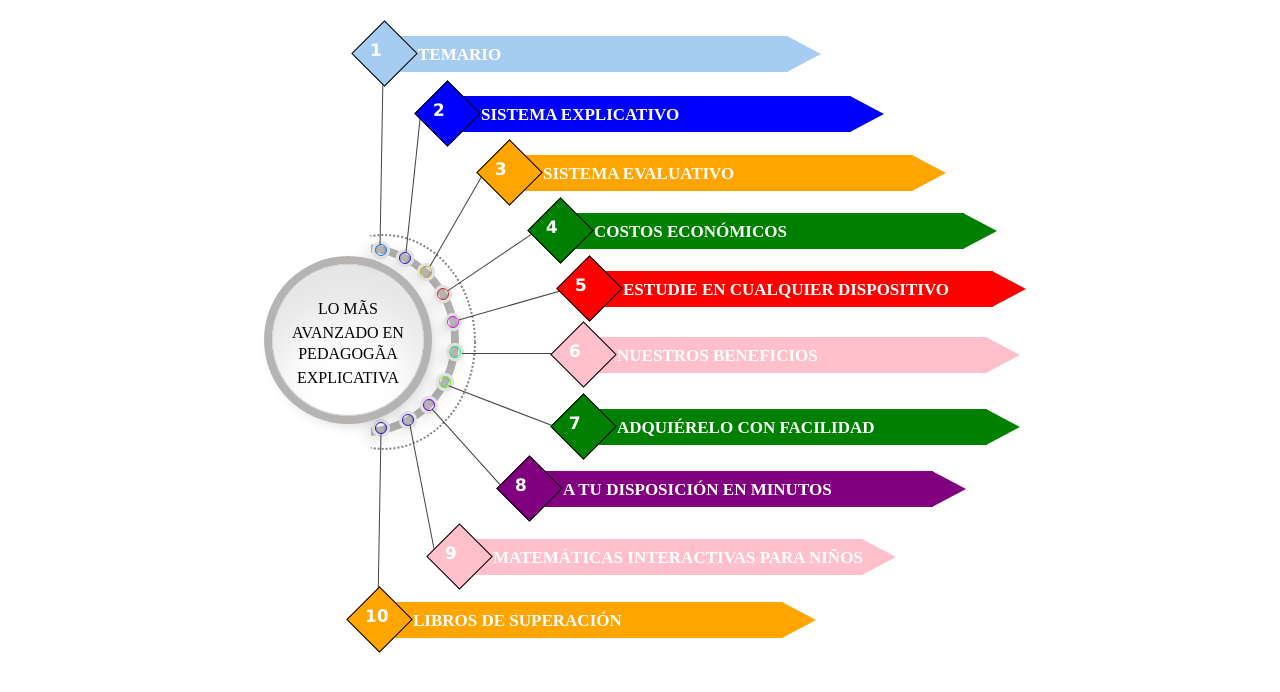
Repository: jennymoreno94/Menu
Page: index.html
These files come from the project's save history. The page is drawn as it stood at one moment and after the next save; the edit follows.
The browser window is 1280 px wide. The pictures show the whole page.

Above is the page before, as saved 2021-08-01 22:35:35.

### index.html
<!DOCTYPE html>
<html lang=”en”>

<head>
  <link rel="stylesheet" href="estilo.css">
  <meta charset=”UTF-8″ />
  <title>Menu</title>
</head>
<body>
  <container>
    <div class="circulo-completo">
      <div class="circle-menu">
        <p>LO MÁS AVANZADO EN PEDAGOGÍA EXPLICATIVA</p>
      </div>
      <div id="circulo" class="circle-menus derecha"></div>
    </div>
    <div class="circle-punto derecha"> </div>
  </container>
</body>
<script type="text/javascript" src="menu.js"></script>

</html>

### estilo.css


.circulo-completo {
    margin: 250px;
}

.circle-menu {
    position: relative;
    width: 150px;
    height: 150px;
    border: 1px solid rgb(211, 208, 208);
    border-radius: 50%;
    box-shadow: inset 0 3em 3em rgba(0, 0, 0, 0.1), 0 0 0 0.5rem rgb(182, 179, 179), 0.3em 0.3em 1em rgba(0, 0, 0, 0.3);
    float: left;
    z-index: 7;
    margin: 14px;
}

p {
    padding: 1rem;
    text-align: center;
}

.circle-menus {
    position: relative;
    background-color: gray;
    width: 180px;
    height: 180px;
    border-radius: 50% 50%;
    margin-left: -165px;
    float: left;
    z-index: 6;
}

.circle-menus::before {
    position: absolute;
    content: "";
    top: 1%;
    left: 1%;
    background-color: #fff;
    height: 98%;
    width: 98%;
    border-radius: 50% 50%;
    box-shadow: inset 0 3em 3em rgb(255, 255, 255), 0 0 0 0.5rem rgb(182, 179, 179), 0.3em 0.3em 1em rgb(255, 255, 255);
}

.circle-menus::after {
    position: absolute;
    content: "";
    height: 50%;
    background-color: rgb(255, 255, 255);
    border: 1px solid #fff;
    top: 50%;
    left: 0;
    width: 100%;
    box-shadow: inset 0 3em 3em rgb(255, 255, 255), 0 0 0 0.5rem rgb(255, 255, 255), 0.3em 0.3em 1em rgb(255, 255, 255);
}

.circle-menus.derecha {
    transform: rotate(90deg);
}

.circulo-pequeno {
    position: relative;
    width: 10px;
    height: 10px;
    border-radius: 50%;
    box-shadow: inset 0 0.1rem 0.1rem rgba(0, 0, 0, 0.1), 0 0 0 0.2rem rgb(229, 224, 224), 0.3em 0.3em 1em rgba(0, 0, 0, 0.3);
    float: left;
    z-index: 5;
}

.num1 {
    border: 1px solid rgb(10 124 241);
    margin: 66px 0px 48px -6px;
}

.num::after {
    height: 1px;
    background-color: red;
}

.num2 {
    border: 1px solid rgb(32 20 212);
    margin: 42px 0px 0px -4px;
}

.num3 {
    border: 1px solid rgb(190 169 26);
    margin: 21px 0px 0px 2px;
}

.num4 {
    border: 1px solid rgb(200 41 41);
    margin: 4px 0px 0px 10px;
}

.num5 {
    border: 1px solid rgb(222 19 235);
    margin: -6px 0px 0px 16px;
}

.num6 {
    border: 1px solid rgb(18 235 115);
    margin: -8px 0px 0px 18px;
}

.num7 {
    border: 1px solid rgb(89 249 20);
    margin: 2px 0px 0px 18px;
}

.num8 {
    border: 1px solid rgb(100 3 225);
    margin: 18px 0px 0px 11px;
}

.num9 {
    border: 1px solid rgb(32 20 212);
    margin: 39px -1px 0px 3px;
}

.num10 {
    border: 1px solid rgb(32 20 212);
    margin: 66px -14px 0px -3px;
}

.circle-punto {
    position: relative;
    width: 212px;
    height: 180px;
    border-radius: 50% 50%;
    margin-left: -177px;
    border: 2px dotted gray;
    float: left;
    z-index: 4;
}

.circle-punto::before {
    position: absolute;
    content: "";
    top: 1%;
    left: 1%;
    background-color: #fff;
    height: 98%;
    width: 98%;
    border-radius: 50% 50%;
}

.circle-punto::after {
    position: absolute;
    content: "";
    height: 50%;
    background-color: rgb(255, 255, 255);
    border: 1px dotted #fff;
    top: 57%;
    left: 0;
    width: 100%;
}

.circle-punto.derecha {
    transform: rotate(90deg);
}

.boton-agrupado {
    position: relative;
    float: left;
    z-index: 3;
}

.button-href {
    position: relative;
    width: 400px;
    height: 36px;
    background: white;
    display: inline-block;
    color: black;
    text-decoration: none;
    z-index: 1;

}

.flecha {
    position: absolute;
    content: "";
    border-left: 34px solid white;
    border-top: 18px solid transparent;
    border-bottom: 18px solid transparent;
    margin-left: -1px;
}

.texto {
    margin-left: 30px;
    margin-top: 9px;
    font-size: 17px;
    color: white;

}

.btn1 {
    transform: translateY(-268px) translateX(-391px) rotate(630deg);
}

.btn2 {
    transform: translateY(-307px) translateX(-339px) rotate(630deg);
}

.btn3 {
    transform: translateY(-348px) translateX(-294px) rotate(630deg);
}

.btn4 {
    transform: translateY(-382px) translateX(-258px) rotate(630deg);
}

.btn5 {
    transform: translateY(-401px) translateX(-228px) rotate(630deg);
}

.btn6 {
    transform: translateY(-393px) translateX(-192px) rotate(630deg);
}

.btn7 {
    transform: translateY(-403px) translateX(-150px) rotate(630deg);
}

.btn8 {
    transform: translateY(-365px) translateX(-111px) rotate(630deg);
}

.btn9 {
    transform: translateY(-316px) translateX(-58px) rotate(630deg);
}

.btn10 {
    transform: translateY(-263px) translateX(-3px) rotate(630deg);
}

.linea {
    position: relative;
    width: 112px;
    height: 47px;
    border-bottom: 1px solid rgb(68, 66, 66);
    float: left;
    z-index: 2;
}

.linea1 {
    transform: translateY(4px) translateX(-168px) rotate(181deg);
    width: 168px;
}

.linea2 {
    transform: translateY(-4px) translateX(-143px) rotate(186deg);
    width: 140px;
}

.linea3 {
    transform: translateY(-30px) translateX(-115px) rotate(210deg);
    width: 110px;
}

.linea4 {
    transform: translateY(-57px) translateX(-105px) rotate(236deg);
}

.linea5 {
    transform: translateY(-72px) translateX(-91px) rotate(254deg);
}

.linea6 {
    transform: translateY(-76px) translateX(-67px) rotate(270deg);
    width: 100px;
}

.linea7 {
    transform: translateY(-86px) translateX(-51px) rotate(291deg);
    width: 118px;
}

.linea8 {
    transform: translateY(-77px) translateX(-21px) rotate(318deg);
}

.linea9 {
    transform: translateY(-11px) translateX(12px) rotate(169deg);
    width: 140px;
}

.linea10 {
    transform: translateY(-41px) translateX(11px) rotate(361deg);
    width: 168px;
}

.text {
    border-radius: 4px;
    font-family: Verdana;
    color: white;
    position: relative;
    overflow: hidden;
    padding: 4px;
    top: 37%;
    transform: translateY(-111%) rotate( 314deg);
    font-size: 17px;
    text-transform: uppercase;
}

.rombo {
    position: absolute;
    content: "";
    width: 45px;
    height: 45px;
    background: white;
    -webkit-transform: rotate(45deg);
    -moz-transform: rotate(45deg);
    -ms-transform: rotate(45deg);
    -o-transform: rotate(45deg);
    transform: rotate(45deg);
    border: 1px solid;
    margin-left: -27px;
    margin-top: -6px;
    z-index: 2;
}

### menu.js
let circulo = document.getElementById("circulo");

function Menu() {
    for (i = 0; i < 10 ; i++ ) {
        let circuloPequeno = document.createElement("div")
        circuloPequeno.classList.add("circulo-pequeno")
        circuloPequeno.classList.add(`num${i+1}`)

        let linea = document.createElement("div")
        linea.classList.add("linea")
        linea.classList.add(`linea${i+1}`)

        let boton = document.createElement("div")
        boton.classList.add("boton-agrupado")
        boton.classList.add(`btn${i+1}`)

        let color=cambiocolor(i+1)

        let spanRombo =document.createElement("span")
        spanRombo.classList.add("rombo")
        spanRombo.classList.add(`span${i+1}`)
        spanRombo.style.setProperty(`background`, color);

        let h3Rombo =document.createElement("h3")
        h3Rombo.classList.add("text")

        let link =document.createElement("a")
        link.classList.add("button-href")
        link.classList.add(`color${i+1}`)
        link.style.setProperty(`background`, color);

        let span =document.createElement("span")
        span.classList.add("flecha")
        span.classList.add(`span${i+1}`)
        span.style.setProperty(`border-left`,`34px solid ${color}`);

        let h3 =document.createElement("h3")
        h3.classList.add("texto")
        let textoFinal = texto(i+1)

        circulo.appendChild(circuloPequeno)
        circuloPequeno.appendChild(linea)
        circuloPequeno.appendChild(boton)
        boton.appendChild(spanRombo)
        boton.appendChild(link)
        boton.appendChild(span)
        link.appendChild(h3)
        spanRombo.appendChild(h3Rombo)
        h3.append(textoFinal);
        h3Rombo.append(i+1);
    }
}


function texto(num) {
    let texto = ''
    switch (num) {
        case 1: texto='TEMARIO'
        break;
        case 2: texto='SISTEMA EXPLICATIVO'
        break;
        case 3: texto='SISTEMA EVALUATIVO'
        break;
        case 4: texto='COSTOS ECONÓMICOS'
        break;
        case 5: texto='ESTUDIE EN CUALQUIER DISPOSITIVO'
        break;
        case 6: texto='NUESTROS BENEFICIOS'
        break;
        case 7: texto='ADQUIÉRELO CON FACILIDAD'
        break;
        case 8: texto='A TU DISPOSICIÓN EN MINUTOS'
        break;
        case 9: texto='MATEMÁTICAS INTERACTIVAS PARA NIÑOS'
        break;
        case 10: texto='LIBROS DE SUPERACIÓN'
        break;
    }
    return texto
}

function cambiocolor(num) {
    let color = ''
    switch (num) {
        case 1: color='rgb(166, 205, 241)'
        break;
        case 2: color='blue'
        break;
        case 3: color='orange'
        break;
        case 4: color='green'
        break;
        case 5: color='red'
        break;
        case 6: color='pink'
        break;
        case 7: color='green'
        break;
        case 8: color='purple'
        break;
        case 9: color='pink'
        break;
        case 10: color='orange'
        break;
    }
    return color
}




document.onload = Menu()

After the next save:
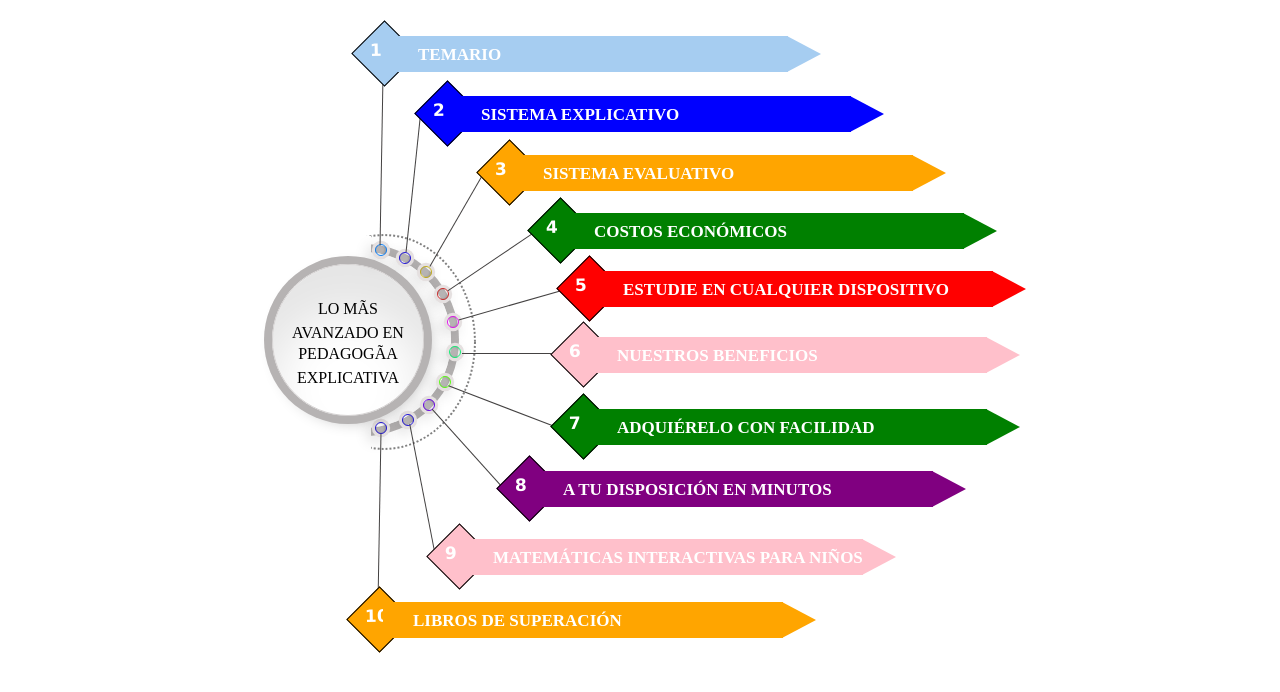
Saved 7 min 42 s later.
--- a/estilo.css
+++ b/estilo.css
@@ -320,5 +320,5 @@
     border: 1px solid;
     margin-left: -27px;
     margin-top: -6px;
-    z-index: 2;
-}
+    z-index: 1;
+}

After the save that followed:
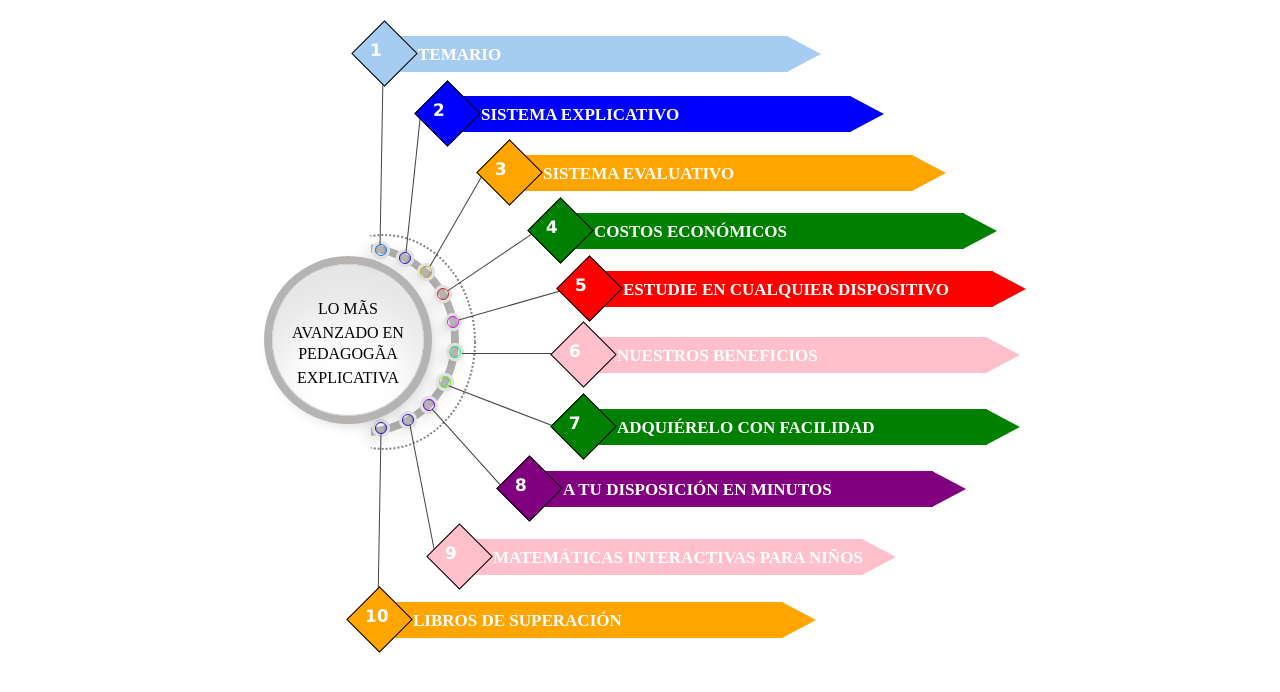
Saved 10 s later.
--- a/estilo.css
+++ b/estilo.css
@@ -320,5 +320,5 @@
     border: 1px solid;
     margin-left: -27px;
     margin-top: -6px;
-    z-index: 1;
-}
+    z-index: 2;
+}
